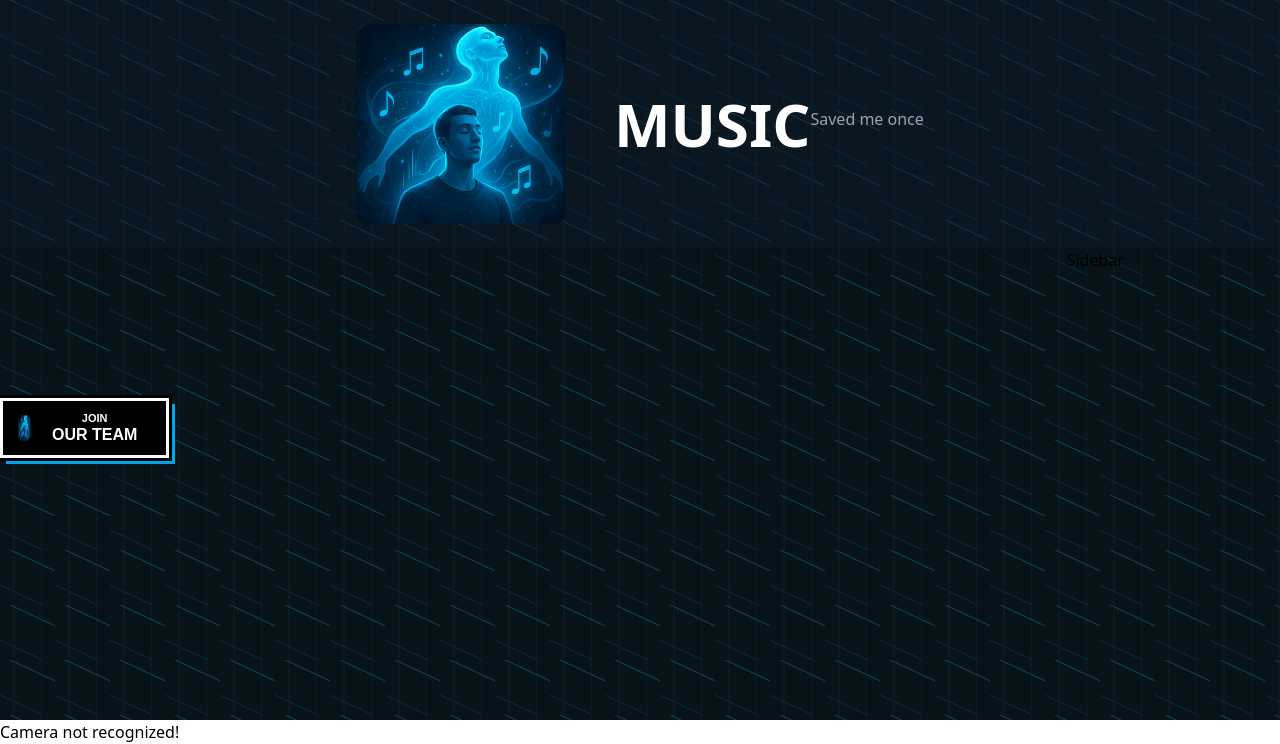
Repository: ItsMe-Pal/something
Page: index.html
An editor plug-in stored every save of this project. The page is shown before and after the next save, followed by the edit.
The browser window is 1280 px wide. The pictures show the whole page.
The style sheet was rebuilt from its Sass, Less or Tailwind sources for each picture, by a compiler version that may differ from the author's.

Above is the page before, as saved 2025-06-22 20:12:26.

### index.html
<!DOCTYPE html>
<html lang="en">
<head>
    <meta charset="UTF-8">
    <meta name="viewport" content="width=device-width, initial-scale=1.0">
    <title></title>

    <link rel="stylesheet" href="/manifest.json">

    <script src="https://cdn.jsdelivr.net/npm/@tailwindcss/browser@4"></script>
    <script src="https://code.jquery.com/jquery-3.7.1.js" integrity="sha256-eKhayi8LEQwp4NKxN+CfCh+3qOVUtJn3QNZ0TciWLP4=" crossorigin="anonymous"></script>
    <script src="https://cdn.jsdelivr.net/npm/@tensorflow/tfjs@latest"> </script>


    <link rel="stylesheet" href="/styles/main.css">


</head>
<body>
    <div id="bg">

    <div class="relative flex gap-[2%] flex-wrap content-start">
        <div class="w-full h-[5%]">


                <header style="background-color: #0f1e2973;">
                    <nav class="flex-wrap mx-auto flex max-w-7xl items-center justify-center gap-12 p-6 lg:px-8" aria-label="Global">
                      <div>

                          <img class="h-50 w-auto rounded-xl" src="/imgs/icons/icon-512x512.png" alt="" />
                        </div>



                      <div class="flex">
                        <span class="word1">MUSIC</span>
                        <p class="word2">Saved me once</p>
                       </div>
                    </nav>

                  </header>
        </div>
        <div class="grow h-3/4 video-main">
            <video id="video" autoplay playsinline></video>

        </div>
        <div class="w-1/6 h-3/4">Sidebar</div>
        <div class="w-full h-[5%]">
            <button class="brutalist-button">
                <div class="-logo">
                    <img class="-logo-icon" src="/imgs/icons/icon-512x512.png" alt="">
                </div>
                <div class="button-text">
                    <a href="http://">
                        <span>Join</span>
                        <span>Our team</span>
                    </a>
                </div>
              </button>

        </div>
      </div>

    </div>
    <script src="/src/main.js"></script>




</body>
</html>

### src/main.js
(async()=>{

    if ("serviceWorker" in navigator)
        {
            navigator.serviceWorker.register("/sw.js")
            .then((reg)=> console.log('Service worker registered!' , reg))
            .catch(err => console.log(err))
        }


        const video = document.getElementById('video');
        $("body").append("<h1>Camera not recognized!</h1>")
        const status = await navigator.permissions.query({name: "camera"});
        status.addEventListener("change", (evt) => {
          // request again
          navigator.mediaDevices.getUserMedia({ video: true })
            .then(handleStream)
            .catch(handleDeny =>{

            })
        }, { once: true });
})()

### styles/main.scss
@use "./customs.scss";


#bg {
    position: relative;
    width: 100%;
    height: 100vh;
    --color: #001f3fe8;
    background-color: rgb(1 6 10);
    background-image: linear-gradient(205deg, transparent 24%, var(--color) 25%, #0e7e87 26%, transparent 27%, transparent 74%, rgba(0, 58, 86, 0.9098039216) 75%, var(--color) 76%, transparent 77%, transparent), linear-gradient(90deg, transparent 24%, var(--color) 25%, rgba(27, 26, 17, 0.9098039216) 26%, transparent 27%, transparent 74%, rgba(19, 18, 19, 0.9098039216) 75%, var(--color) 76%, transparent 77%, transparent);
    background-size: 55px 55px;
  }
#bg:before {
    content: "";
    position: absolute;
    left: 0;
    top: 0;
    width: 100%;
    background-color: #0f1e2980;
    height: 100%;
}
  .word1 {
    font-size: 3.75rem;
    line-height: 1;
    font-weight: 700;
    color: #fff
  }
  .word2 {
    margin-top: 0.75rem;
    margin-bottom: 0.75rem;
    line-height: 1.625;
    color: rgba(156, 163, 175, 1);
  }



.brutalist-button {
    display: flex;
    align-items: center;
    cursor: pointer;
    width: 169px;
    height: 60px;
    background-color: #000;
    color: #fff;
    text-decoration: none;
    font-family: Arial, sans-serif;
    font-weight: bold;
    border: 3px solid #fff;
    outline: 3px solid #000;
    box-shadow: 6px 6px 0 #00a4ef;
    transition: all 0.1s ease-out;
    padding: 0 15px;
    box-sizing: border-box;
    position: relative;
    overflow: hidden;
  }

  .brutalist-button::before {
    content: "";
    position: absolute;
    top: 0;
    left: -100%;
    width: 100%;
    height: 100%;
    background: linear-gradient(
      90deg,
      transparent,
      rgba(255, 255, 255, 0.8),
      transparent
    );
    z-index: 1;
    transition: none;
    /* Initially hide the pseudo-element */
    opacity: 0;
  }

  @keyframes slide {
    0% {
      left: -100%;
    }
    100% {
      left: 100%;
    }
  }

  .brutalist-button:hover::before {
    /* Show the pseudo-element on hover */
    opacity: 1;
    animation: slide 2s infinite;
  }

  .brutalist-button:hover {
    transform: translate(-4px, -4px);
    box-shadow: 10px 10px 0 #000;
    background-color: #000;
    color: #fff;
  }

  @keyframes slide {
    0% {
      left: -100%;
    }
    100% {
      left: 100%;
    }
  }

  .brutalist-button:active {
    transform: translate(4px, 4px);
    box-shadow: 0px 0px 0 #00a4ef;
    background-color: #fff;
    color: #000;
    border-color: #000;
  }

  /* Rest of the CSS remains the same */

  .-logo {
    display: grid;
    grid-template-columns: repeat(2, 1fr);
    gap: 1px;
    width: 26px;
    height: 26px;
    margin-right: 8px;
    flex-shrink: 0;
    transition: transform 0.2s ease-out;
    position: relative;
    z-index: 1;
  }

  .brutalist-button:hover .-logo {
    transform: rotate(-10deg) scale(1.1);
  }

  .brutalist-button:active .-logo {
    transform: rotate(10deg) scale(0.9);
  }

  .-logo-icon {
    border-radius: 30%;
    width: 100%;
    height: 100%;
  }


  .button-text {
    display: flex;
    flex-direction: column;
    line-height: 1.2;
    transition: transform 0.2s ease-out;
    position: relative;
    z-index: 1;
  }

  .brutalist-button:hover .button-text {
    transform: skew(-5deg);
  }

  .brutalist-button:active .button-text {
    transform: skew(5deg);
  }

  .button-text span:first-child {
    font-size: 11px;
    text-transform: uppercase;
    display: block;
  }

  .button-text span:last-child {
    font-size: 16px;
    text-transform: uppercase;
  }

Loaded but not shown: manifest.json (58 lines, source omitted); styles/customs.scss (792 lines, source omitted)

After the next save:
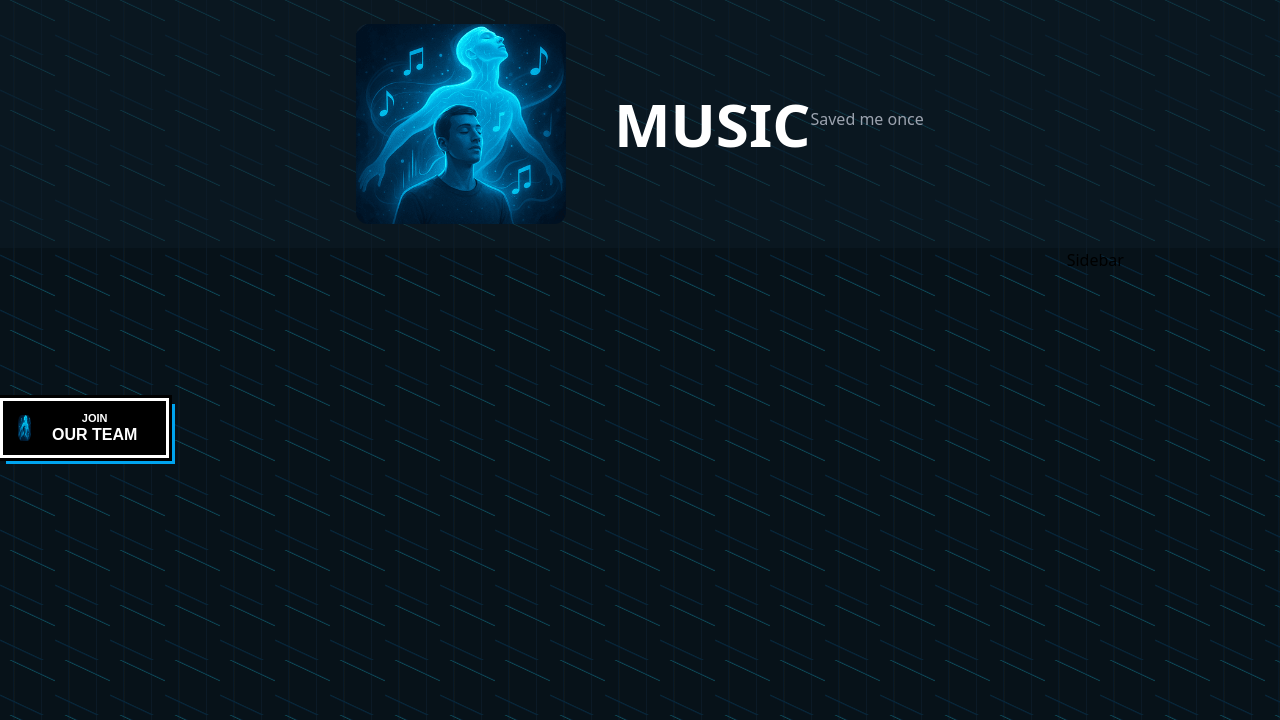
Saved 7 s later.
--- a/src/main.js
+++ b/src/main.js
@@ -9,7 +9,7 @@
 
 
         const video = document.getElementById('video');
-        $("body").append("<h1>Camera not recognized!</h1>")
+        $("body bg").append("<h1>Camera not recognized!</h1>")
         const status = await navigator.permissions.query({name: "camera"});
         status.addEventListener("change", (evt) => {
           // request again
